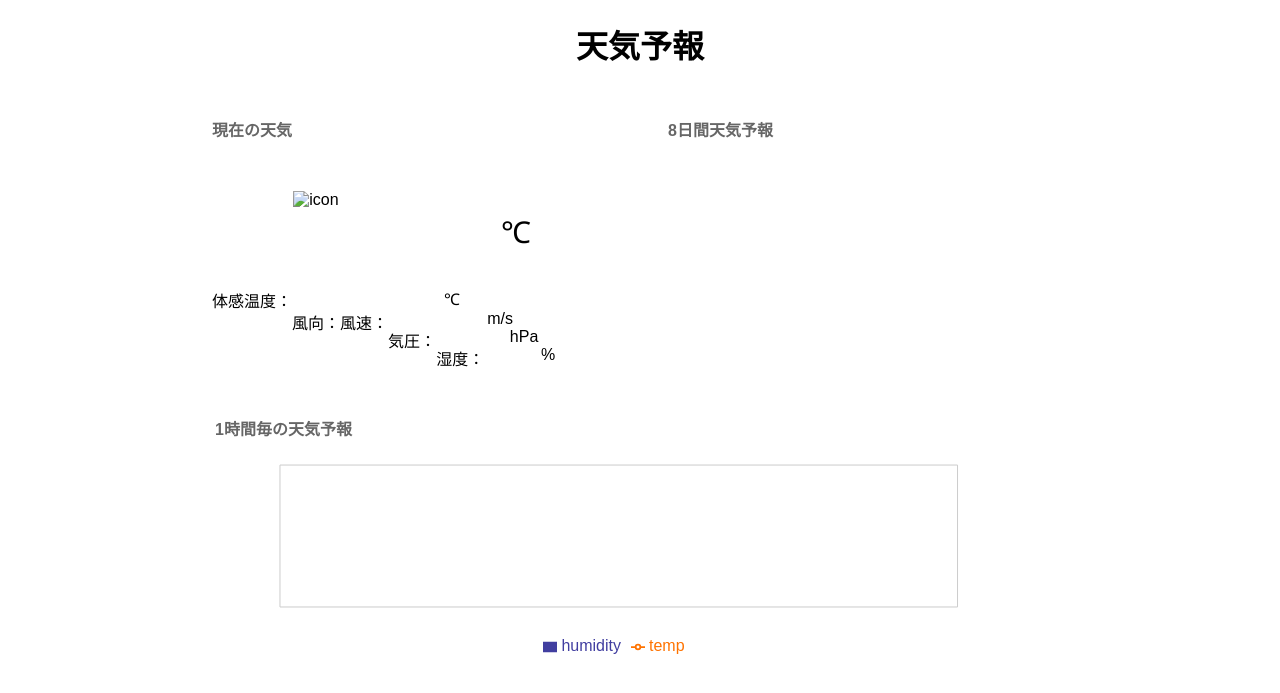
Repository: IshigureTomoki/weather-app
Page: /
An editor plug-in stored every save of this project. The page is shown before and after the next save, followed by the edit.
The browser window is 1280 px wide. The pictures show the whole page.
The page's requests for data from a server got no answer. The project was rebuilt for these pictures with package versions that can differ from the ones it lists, and the page was loaded fresh each time. No one was signed in, and anything a server would have sent is missing.

Above is the page before, as saved 2022-02-25 15:11:51.

### src/App.tsx
import axios from "axios";
import { report } from "process";
import React, { useEffect, useState } from "react";
import { convertTypeAcquisitionFromJson } from "typescript";
import "./App.css";
import { LinePlot } from "./components/LinePlot";

function App() {
  useEffect(() => {
    wetherOneCall();
  }, []);

  type weatherReportType = {
    time: string;
    timezone: string;
    temp: string;
    feels_like: string;
    wind_deg: string;
    wind_speed: string;
    pressure: string;
    humidity: string;
    weatherDescription: string;
    weatherIcon: string;
  };

  type weatherDailyReportsType = {
    dt: number;
    temp: {
      max: string;
      min: string;
    };
    weather: [
      {
        description: string;
        icon: string;
        id: string;
        main: string;
      }
    ];
  };

  type weatherHourlyReportsType = {
    time: string;
    temp: string;
    humidity: string;
  };

  const [weatherReport, setWeatherReport] = useState<weatherReportType>();
  const [weatherDailyReports, setWeatherDailyReports] = useState<
    weatherDailyReportsType[]
  >([]);

  const [weatherHourlyReports, setWeatherHourlyReports] = useState<
    weatherHourlyReportsType[]
  >([]);
  const [serchCity, setSearchCity] = useState("");

  const time = (dt: number) => {
    const srTime = new Date(dt * 1000);
    const time = srTime.toLocaleTimeString();
    return `${time}`;
  };

  const hour = (dt: number) => {
    const srTime = new Date(dt * 1000);
    const hour = srTime.getHours();
    return `${hour}`;
  };

  const mday = (dt: number) => {
    const srTime = new Date(dt * 1000);
    const day = srTime.toLocaleDateString();
    return `${day}`;
  };

  const date = (dt: number) => {
    const srTime = new Date(dt * 1000);
    const date = srTime.getDate();
    return `${date}`;
  };

  const dayOfWeekStr = (dt: number) => {
    const srTime = new Date(dt * 1000);
    const day = srTime.getDay();
    const dayOfWeekStrJP = ["日", "月", "火", "水", "木", "金", "土"];
    return `(${dayOfWeekStrJP[day]})`;
  };

  const wetherOneCall = async () => {
    await axios
      .get(
        "https://api.openweathermap.org/data/2.5/onecall?lat=35.690&lon=139.692&lang=ja&units=metric&appid=ff86fbdda3c22e95ce0071f6a7826f6c"
      )
      .then((res) => {
        console.log(res);

        const get_wind_deg = (wind_deg: number) => {
          let r = "北↓";
          if (wind_deg >= 11.25) r = "北北東";
          if (wind_deg >= 33.75) r = "北東↙︎";
          if (wind_deg >= 56.25) r = "東北東";
          if (wind_deg >= 78.75) r = "東←";
          if (wind_deg >= 101.25) r = "東南東";
          if (wind_deg >= 123.75) r = "南東↖︎";
          if (wind_deg >= 146.25) r = "南南東";
          if (wind_deg >= 168.75) r = "南↑";
          if (wind_deg >= 191.25) r = "南南西";
          if (wind_deg >= 213.75) r = "南西↗︎";
          if (wind_deg >= 236.25) r = "西南西";
          if (wind_deg >= 258.75) r = "西→";
          if (wind_deg >= 281.25) r = "西北西";
          if (wind_deg >= 303.75) r = "北西↘︎";
          if (wind_deg >= 326.25) r = "北北西";
          return r;
        };

        const report = {
          time: `${mday(res.data.current.dt)} ${time(res.data.current.dt)}`,
          timezone: res.data.timezone,
          temp: res.data.current.temp,
          feels_like: res.data.current.feels_like,
          wind_deg: get_wind_deg(res.data.current.wind_deg),
          wind_speed: res.data.current.wind_speed,
          pressure: res.data.current.pressure,
          humidity: res.data.current.humidity,
          weatherDescription: res.data.current.weather[0].description,
          weatherIcon: `http://openweathermap.org/img/wn/${res.data.current.weather[0].icon}@2x.png`,
        };

        const hourlyreports = res.data.hourly.map(
          (hourly: any, index: number) => {
            return {
              time: hour(hourly.dt),
              temp: hourly.temp,
              humidity: hourly.humidity,
            };
          }
        );

        hourlyreports.length = 24;

        console.log(report);
        setWeatherReport(report);
        setWeatherDailyReports(res.data.daily);
        console.log(hourlyreports);
        setWeatherHourlyReports(hourlyreports);
      });
  };
  return (
    <>
      <div className="App">
        <h1>天気予報</h1>
        <div className="upper">
          <div className="now-area">
            <div className="title">現在の天気</div>
            <div className="nowtime">{weatherReport?.time}</div>
            <div className="nowplace">{weatherReport?.timezone}</div>
            <div className="nowtemps">
              <div>
                <img src={weatherReport?.weatherIcon} alt="icon" width={120} />
              </div>
              <div className="nowtemps2">
                <div className="nowtemp">{weatherReport?.temp}℃</div>
                <div className="nowdes">
                  {weatherReport?.weatherDescription}
                </div>
              </div>
            </div>
            <dl>
              <dt>体感温度</dt>
              <dd>{weatherReport?.feels_like}℃</dd>
              <dt>風向</dt>
              <dd>{weatherReport?.wind_deg}</dd>
              <dt>風速</dt>
              <dd>{weatherReport?.wind_speed}m/s</dd>
              <dt>気圧</dt>
              <dd>{weatherReport?.pressure}hPa</dd>
              <dt>湿度</dt>
              <dd>{weatherReport?.humidity}%</dd>
            </dl>
          </div>

          <div className="dayly-area">
            <div className="title">8日間天気予報</div>

            {weatherDailyReports.map((report) => (
              <>
                <div className="dayly">
                  <div className="daylyd">
                    {date(report.dt)}
                    {dayOfWeekStr(report.dt)}
                  </div>
                  <div className="daylyi">
                    <img
                      src={`http://openweathermap.org/img/wn/${report.weather[0].icon}@2x.png`}
                      alt="icon"
                      width={40}
                    />
                  </div>
                  <div className="daylyde">{report.weather[0].description}</div>
                  <div className="daylym">
                    {report.temp.max}/{report.temp.min}℃
                  </div>
                </div>
              </>
            ))}
          </div>
        </div>

        <div className="hourly-area">
          <div className="title">1時間毎の天気予報</div>
          <LinePlot data={weatherHourlyReports} />
        </div>
      </div>
    </>
  );
}

export default App;

### src/App.css
body {
  font-family: sans-serif;
}

.App {
  text-align: center;
}

.upper {
  display: flex;
  justify-content: center;
}
.now-area {
  text-align: center;
  /* background-color: aliceblue; */
  width: 400px;
  padding: 20px;
  margin: 8px;
  border-radius: 8px;
}
.nowtime {
  font-size: 30px;
}

.nowplace{
  font-size: 25px;
}
.nowtemps{
  padding-top: 30px;
  display: flex;
  justify-content:space-around;
}
.nowtemps2{
  padding: 20px 0;
}

.nowtemp{
  font-size: 30px;
}

dt {
  float: left;
}

dt::after {
  content: "：";
}

.dayly-area {
  text-align: center;
  /* background-color: bisque; */
  width: 400px;
  padding: 20px;
  margin: 8px;
  border-radius: 8px;
}

.dayly {
  display: flex;
}

.daylyd {
  width: 60px;
}

.daylyi {
  width: 90px;
}

.daylym {
  width: 150px;
}

.daylyde {
  width: 100px;
}

.hourly-area {
  /* background-color: aliceblue; */
  width: 850px;
  padding: 8px;
  margin: 0 auto;
  border-radius: 8px;
}
.title {
  text-align: left;
  margin: 0px 0px 20px 0px;
  font-weight: bold;
  color: #666;
}

### src/components/LinePlot.tsx
import {
  Line,
  CartesianGrid,
  XAxis,
  YAxis,
  Tooltip,
  Bar,
  ComposedChart,
  ResponsiveContainer,
  Legend,
} from "recharts";

export const LinePlot = (props: any) => {
  const data = props.data;
  // const data = [
  //   { time: "15", temp: 8.67, humidity: 5 },
  //   { time: "16", temp: 8.87, humidity: 24 },
  //   { time: "17", temp: 8.61, humidity: 25 },
  //   { time: "18", temp: 8.26, humidity: 26 },
  //   { time: "19", temp: 6.67, humidity: 60 },
  //   { time: "20", temp: 5.31, humidity: 68 },
  //   { time: "21", temp: 3.73, humidity: 10 },
  //   { time: "22", temp: 3.32, humidity: 22 },
  // ];
  console.log(data);
  return (
    <ResponsiveContainer width="95%" height={200}>
      <ComposedChart  data={data}>
        <Bar
          yAxisId={2}
          dataKey="humidity"
          barSize={15}
          fill="#413ea0"
          label={{ fill: "white", fontSize: 10 }}
        />
        <Line yAxisId={1} type="monotone" dataKey="temp" stroke="#ff7300" />
        <CartesianGrid stroke="#ccc" />
        <XAxis dataKey="time" label={{ value: "時刻", dx: 5 }} />
        <YAxis yAxisId={1} tickCount={8} unit="℃" label={{ value: "気温" }} />
        <YAxis
          yAxisId={2}
          tickCount={8}
          unit="%"
          label={{ value: "降水確率", dx: 5 }}
          orientation="right"
        />
        <Legend />
        <Tooltip />
      </ComposedChart>
    </ResponsiveContainer>
  );
};

Loaded but not shown: public/index.html (common file); src/index.tsx (common file); src/index.css (common file); src/reportWebVitals.ts (common file)

After the next save:
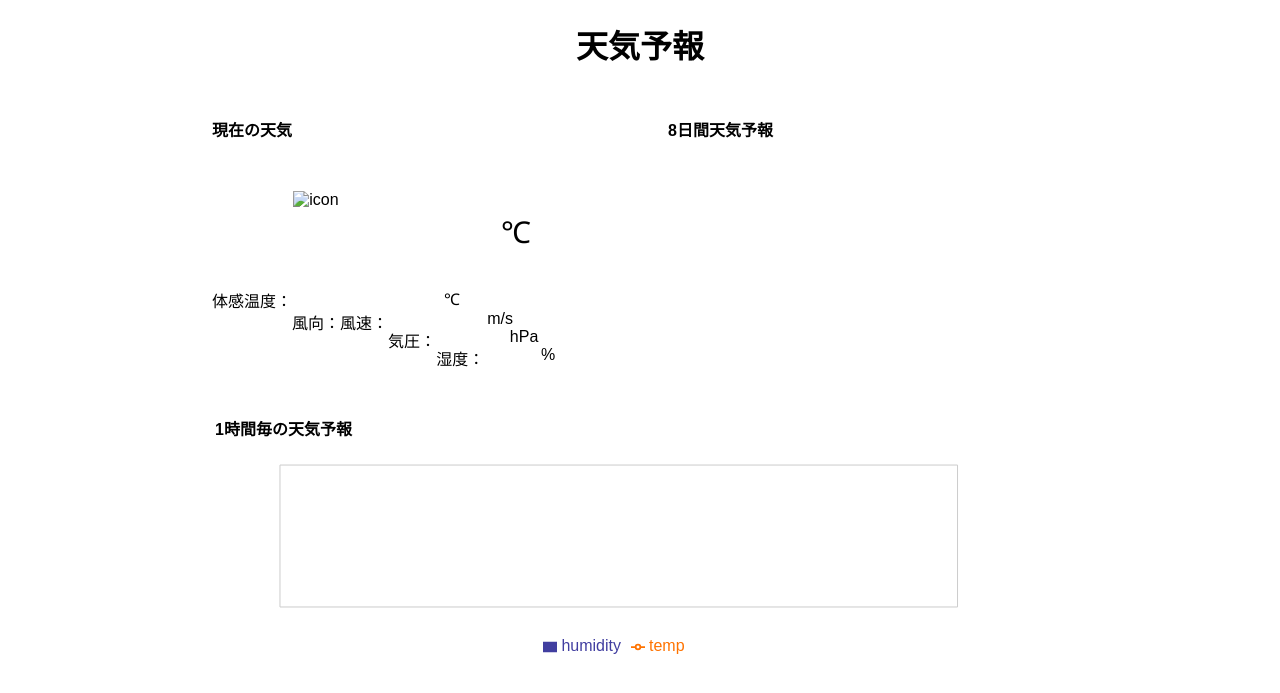
Saved 14 s later.
--- a/src/App.css
+++ b/src/App.css
@@ -86,5 +86,5 @@ dt::after {
   text-align: left;
   margin: 0px 0px 20px 0px;
   font-weight: bold;
-  color: #666;
+  /* color: #666; */
 }
